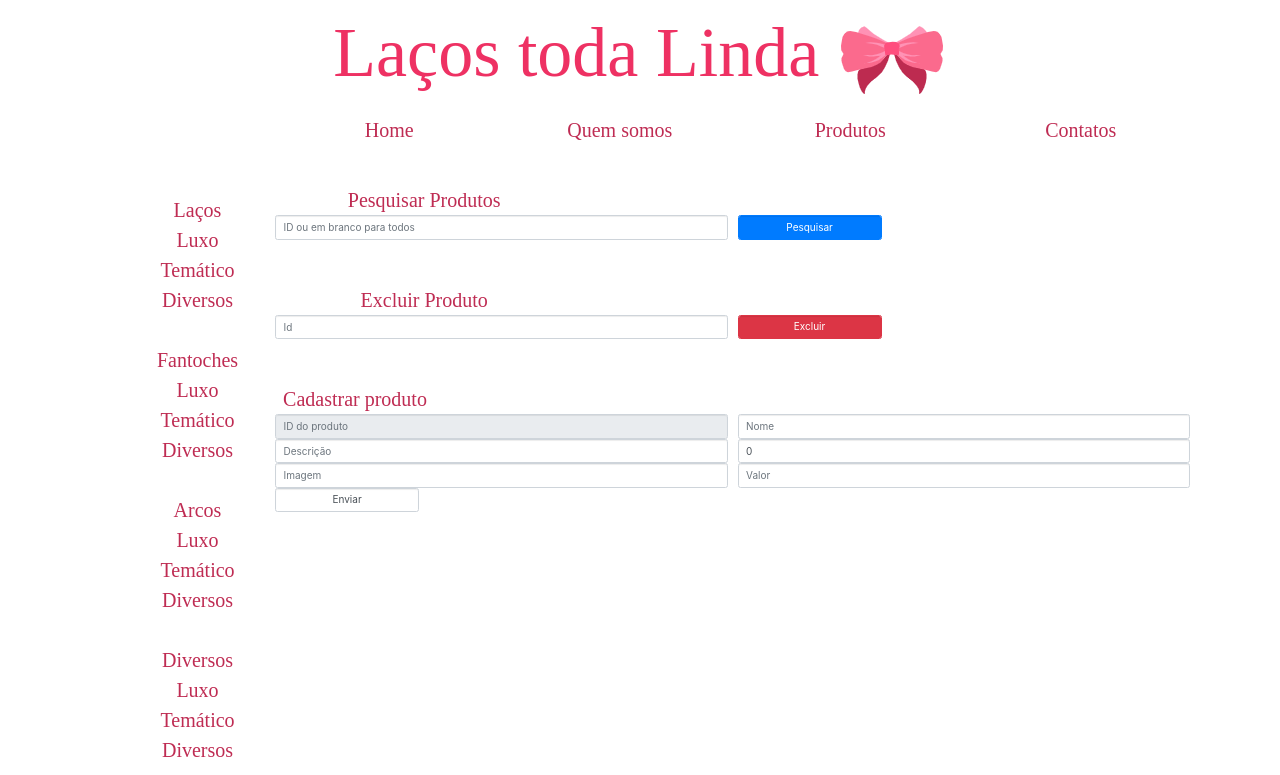
Repository: felipe-camilo/projin2
Page: http://localhost/projetointegrador/admin.jsp
These files come from the project's save history. The page is drawn as it stood at one moment and after the next save; the edit follows.
The browser window is 1280 px wide. The pictures show the whole page.
Some web fonts or font styles are not loaded; a fallback is used. The page is served by Tomcat 9.

Above is the page before, as saved 2022-03-30 01:36:59.

After the next save:
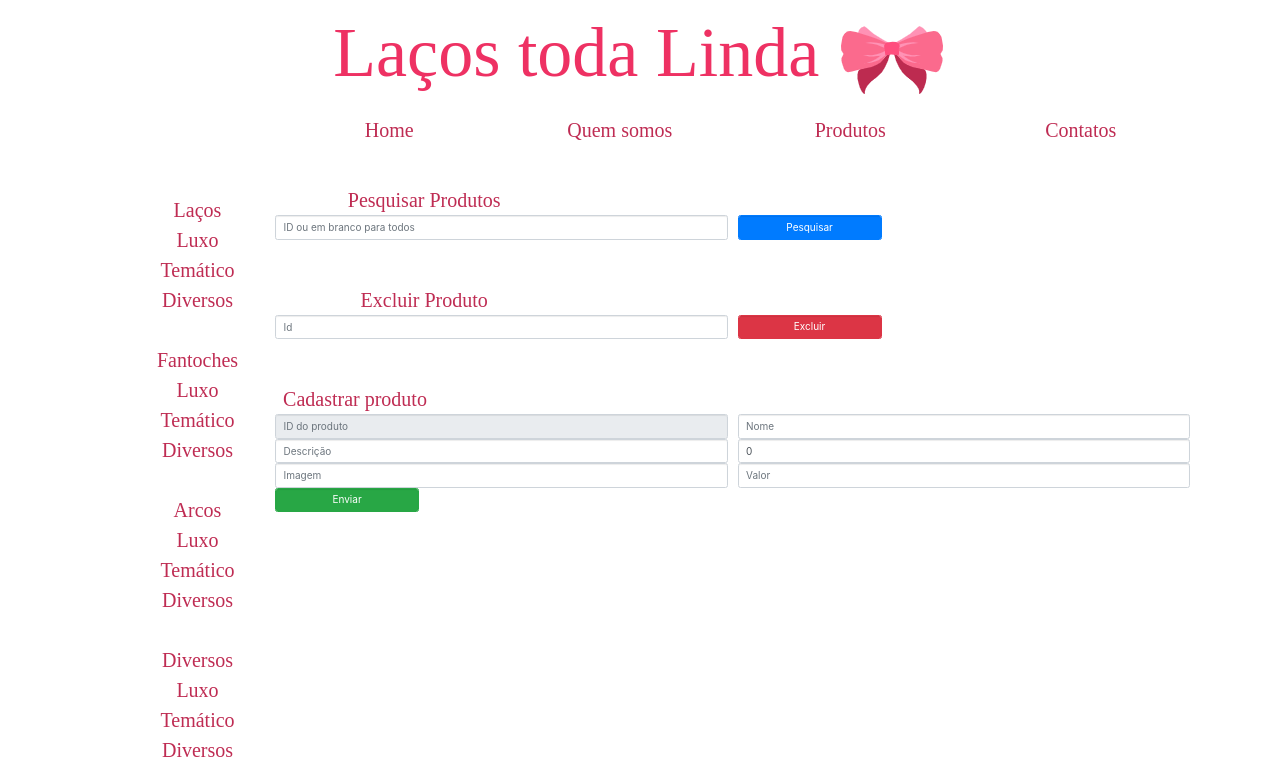
Saved 44 s later.
--- a/projetointegrador/src/main/webapp/admin.jsp
+++ b/projetointegrador/src/main/webapp/admin.jsp
@@ -235,7 +235,7 @@
 									name="valor" required>
 							</div>
 							<div class="col-2">
-								<input type="submit" class="form-control"
+								<input type="submit" class="form-control btn-success"
 									value="<%out.print(action);%>" name="btn">
 							</div>
 							<div class="col-6"></div>
